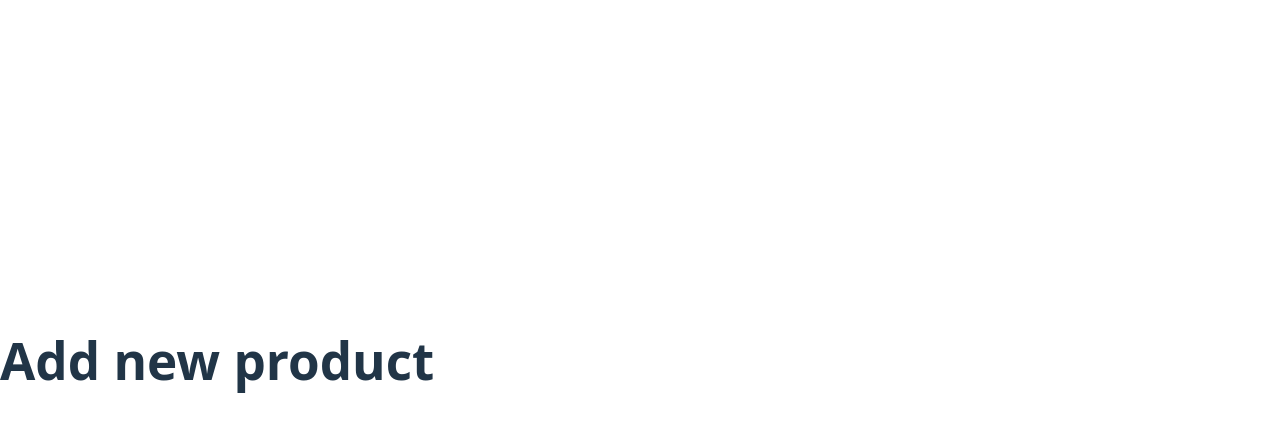
Repository: Sudharsan-3/redux
Page: / (app in my-rdx-query/)
An editor plug-in stored every save of this project. The page is shown before and after the next save, followed by the edit.
The browser window is 1280 px wide. The pictures show the whole page.
The project was rebuilt for these pictures with package versions that can differ from the ones it lists, and the page was loaded fresh each time. Also part of the build but not shown: my-rdx-query/vite.config.js, my-rdx-query/src/components/SpecificProduct.js.

Above is the page before, as saved 2025-07-07 17:51:06.

After the next save:
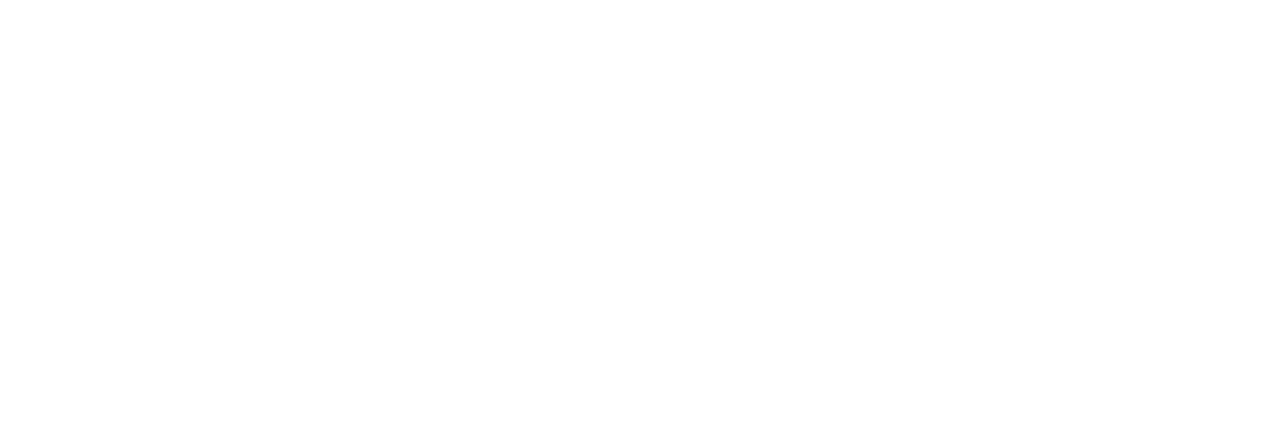
Console error: ReferenceError: Res is not defined
Saved 6 s later.
--- a/my-rdx-query/src/components/AddNewProduct.jsx
+++ b/my-rdx-query/src/components/AddNewProduct.jsx
@@ -3,6 +3,7 @@
 
 const AddNewProduct = () => {
     const res = useAddNewProductsMutation()
+    console.log(Res)
   return (
     <div>
       <h1>Add new product</h1>

After the save that followed:
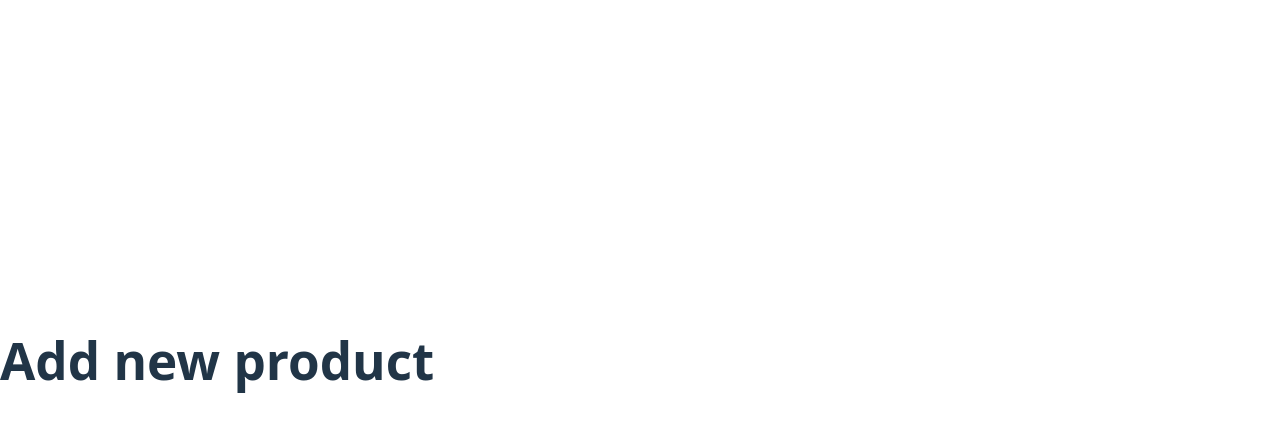
The error is gone.
Saved 4 s later.
--- a/my-rdx-query/src/components/AddNewProduct.jsx
+++ b/my-rdx-query/src/components/AddNewProduct.jsx
@@ -3,7 +3,7 @@
 
 const AddNewProduct = () => {
     const res = useAddNewProductsMutation()
-    console.log(Res)
+    console.log(res)
   return (
     <div>
       <h1>Add new product</h1>
